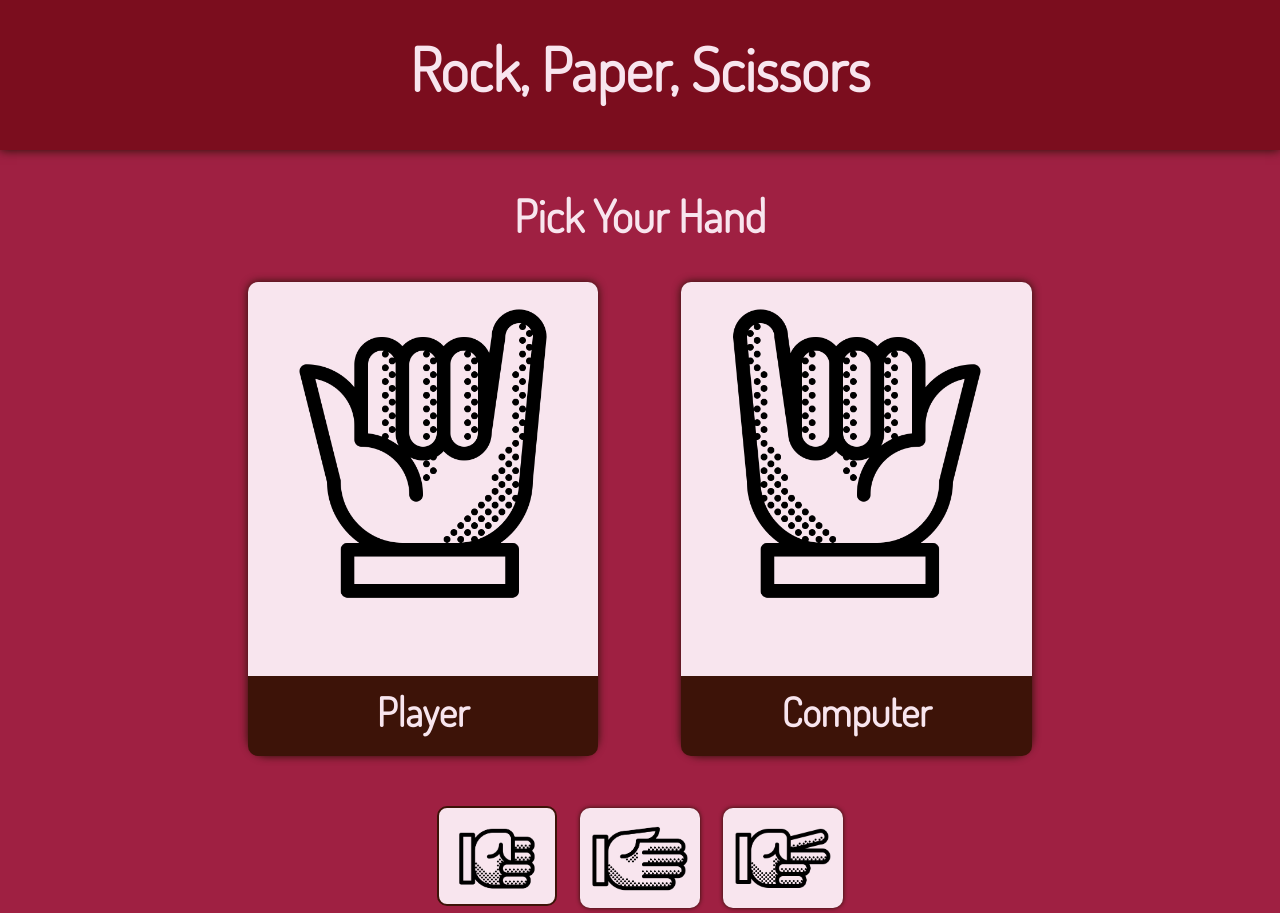
Repository: shayanabedi98/rock-paper-scissors
Page: index.html
These files come from the project's save history. The page is drawn as it stood at one moment and after a run of saves; the edit follows.
The browser window is 1280 px wide. The pictures show the whole page.
The first visible `#rock` is being pressed.

Above is the page before, as saved 2023-07-13 23:07:14.
Console error: TypeError: Cannot read properties of null (reading 'addEventListener')

### index.html
<!DOCTYPE html>
<html lang="en">
<head>
    <meta charset="UTF-8">
    <meta name="viewport" content="width=device-width, initial-scale=1.0">
    <title>Rock, Paper, Scissors</title>
    <link rel="preconnect" href="https://fonts.googleapis.com">
    <link rel="preconnect" href="https://fonts.gstatic.com" crossorigin>
    <link href="https://fonts.googleapis.com/css2?family=Dosis:wght@300&display=swap" rel="stylesheet">
    <link rel="stylesheet" href="styles.css">
</head>
<body>
    <div class="header">
        <h1>Rock, Paper, Scissors</h1>
    </div>
    <div class="caption">
        <h2>Pick Your Hand</h2>
    </div>
    <div class="container">
        <div class="card">
            <div class="player1">
                <img src="resources/startleft.png" alt="Starting image before game">
                <h3>Player</h3>
            </div>
        </div>
        <div class="card">
            <div class="computer">
                <img src="resources/start.png" alt="Starting image before game">
                <h3>Computer</h3>
            </div>
        </div>
    </div>
    <div class="button-container">
        <button id="rock"><img src="resources/rockleft.png" alt="rock option"></button>
        <button id="paper"><img src="resources/paperleft.png" alt="paper option"></button>
        <button id="scissors"><img src="resources/scissorsleft.png" alt="scissors option"></button>
    </div>
    <script src="index.js"></script>
</body>
</html>

### styles.css
body {
    font-family:'Dosis', sans-serif;
    margin: 0;
    padding: 0;
    background-color: #9F2042;
    color: #F8E5EE;
}

h1 {
    font-size: 60px;
    margin-top: 0;

}

.header {
    text-align: center;
    background-color: #7B0D1E;
    height: 120px;
    padding-top: 30px;
    box-shadow: 0 0 10px 0 #211103;
}

.caption {
    text-align: center;
    font-size: 30px;
}

.container {
    text-align: center;
    display: block;
    margin-top: 30px;
}

.card {
    display: inline-block;
    background-color: #F8E5EE;
    box-shadow: 0 0 8px 0 #211103;
    margin: 0 40px;
    border-radius: 10px 10px 20px 20px;
}

.card img {
    height: 350px;
}

.card h3 {
    font-size: 40px;
    color: #F8E5EE;
    background-color: #3D1308;
    margin-bottom: 0;
    height: 70px;
    padding-top: 10px;
    border-radius: 0  0 10px 10px;
}

.button-container {
    text-align: center;
    margin-top: 50px;
}

#rock, #paper, #scissors {
    font-family: 'Dosis', sans-serif;
    background-color: #F8E5EE;
    color: #211103;
    width: 120px;
    height: 100px;
    cursor: pointer;
    border: 0;
    border-radius: 10px;
    box-shadow: 0 0 4px 0 #211103;
    margin: 0 10px;
}

#rock img, #paper img, #scissors img {
    height: 100px;
}

#rock:active, #paper:active, #scissors:active {
    box-shadow: none;
    border: 2px solid #3D1308;
}

### index.js
var scoreP = 0;
var scoreC = 0;
var caption = document.querySelector('.caption h2');
var btn = document.querySelector('#btn');

function rng1() {
    return (Math.floor(Math.random() * 3) + 1);
};

function rng2() {
    return (Math.floor(Math.random() * 3) + 1);
};

btn.addEventListener('click', function() {
    rng1();
    rng2();

    if (rng1 === 1) {

    }
})

After the next 2 saves:
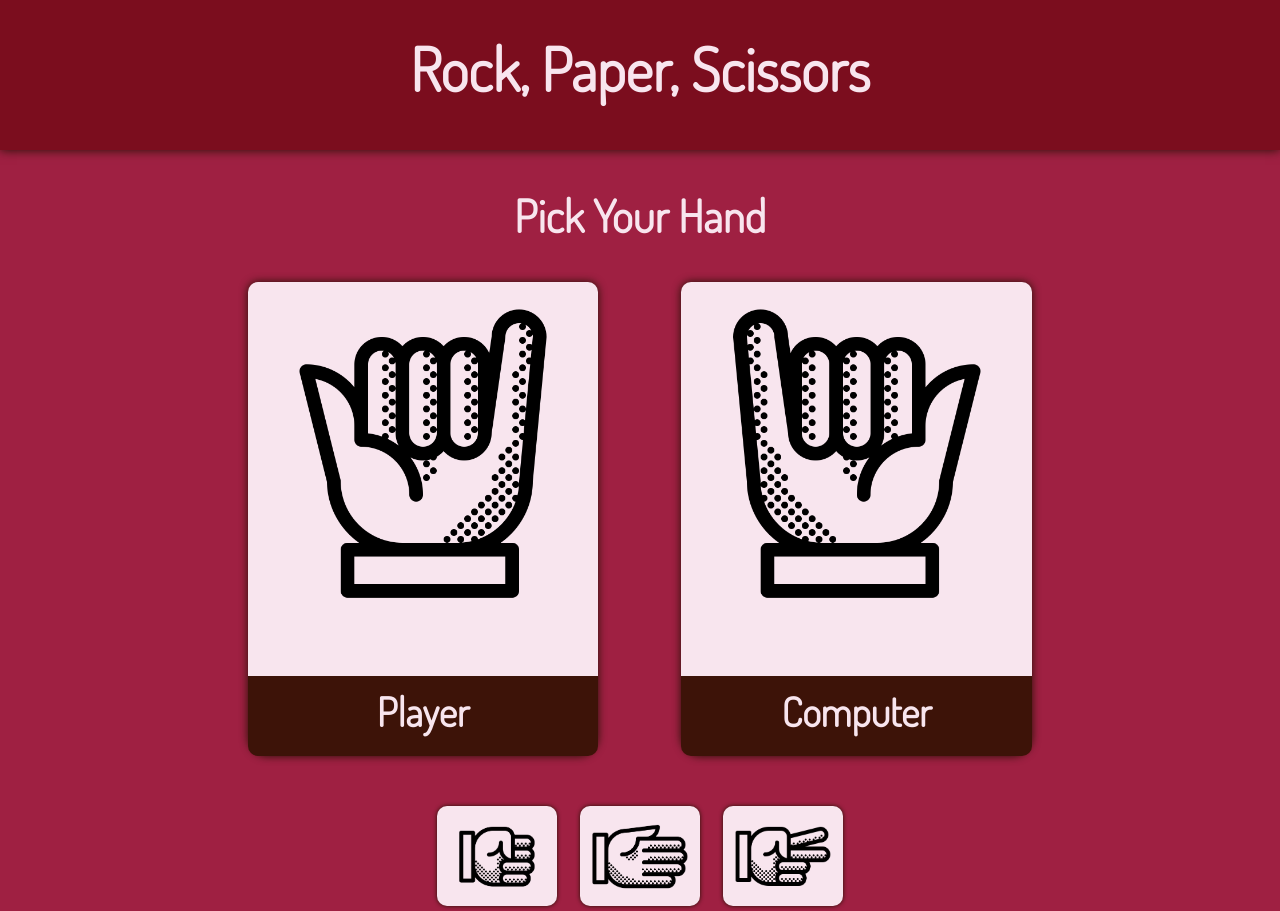
The 2 saves are shown as one change because they came seconds apart.
The last was saved 10 s later.
--- a/styles.css
+++ b/styles.css
@@ -75,7 +75,8 @@ h1 {
     height: 100px;
 }
 
-#rock:active, #paper:active, #scissors:active {
-    box-shadow: none;
-    border: 2px solid #3D1308;
+
+
+#rock img:active, #paper img:active, #scissors img:active {
+    height: 95px;
 }

After the save that followed:
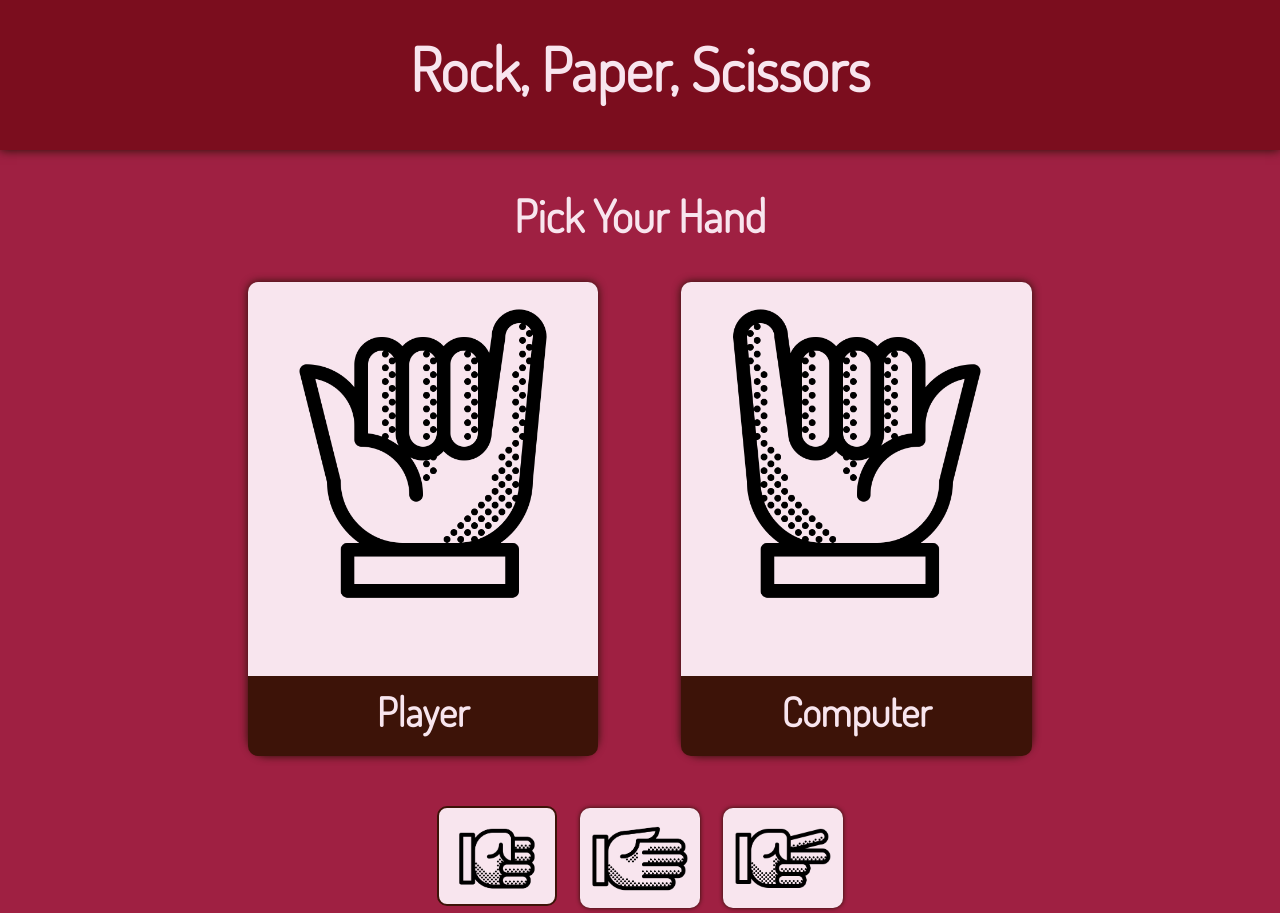
Saved 33 s later.
--- a/styles.css
+++ b/styles.css
@@ -75,7 +75,10 @@ h1 {
     height: 100px;
 }
 
-
+#rock:active, #paper:active, #scissors:active {
+    box-shadow: none;
+    border: 2px solid #3D1308;
+}
 
 #rock img:active, #paper img:active, #scissors img:active {
     height: 95px;
